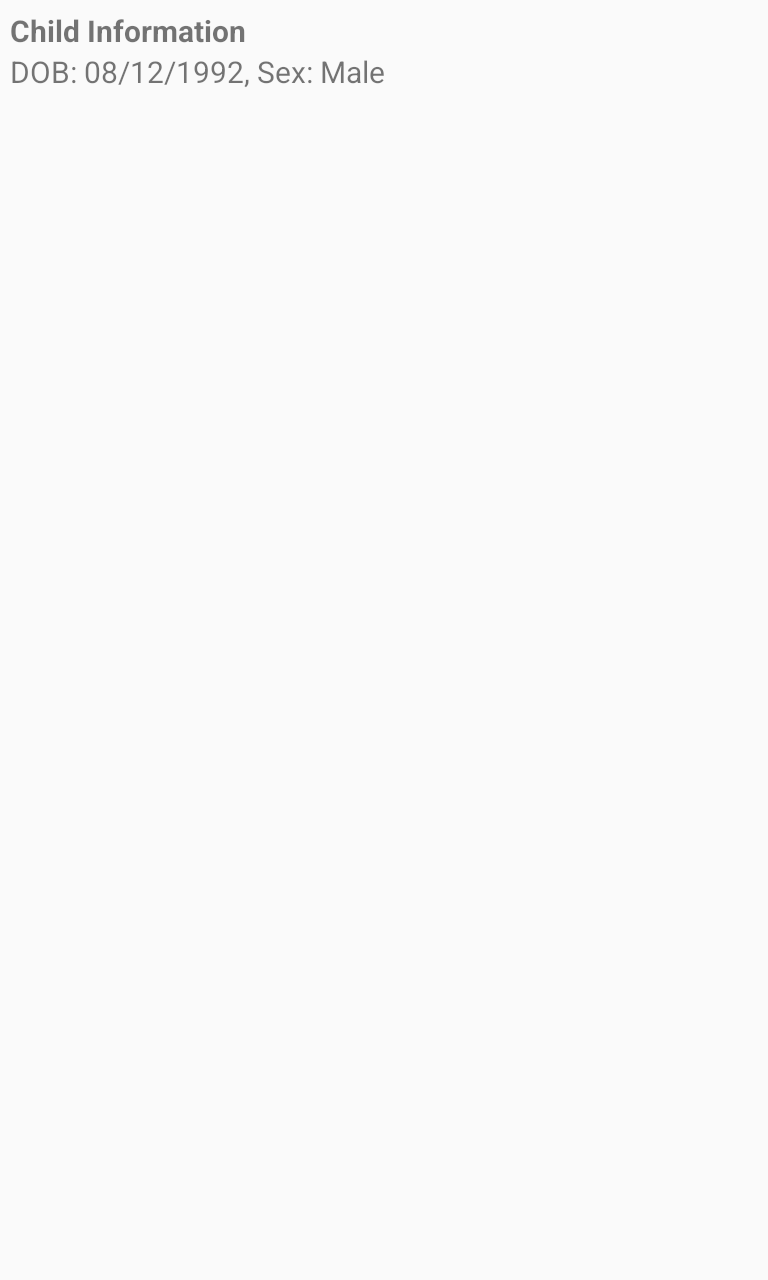
Repository: achavez812/GuatemalaProject2
Layout: GuateMedic-master/GuateMedic/res/layout/fragment_graph_left.xml
The author's editor kept a copy of each file at every save. The layout is drawn from the files as they stood at one save, then again after the next save.
It is drawn on a 768 x 1280 px phone screen (xhdpi) without system bars, with theme AppTheme; the app's code is not run.

Above is the layout before, as saved 2014-07-03 03:59:41.

After the next save:
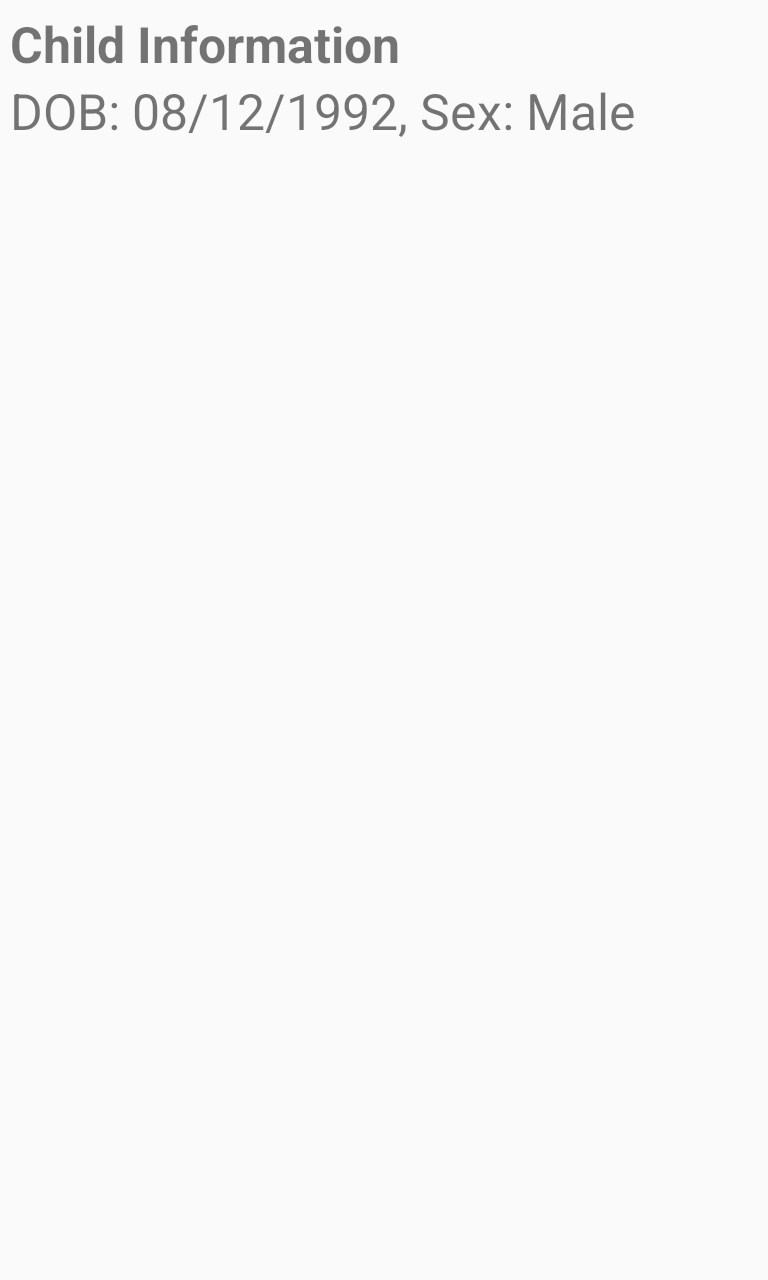
Saved 27 s later.
--- a/GuateMedic-master/GuateMedic/res/layout/fragment_graph_left.xml
+++ b/GuateMedic-master/GuateMedic/res/layout/fragment_graph_left.xml
@@ -11,7 +11,7 @@
         android:layout_width="wrap_content"
         android:layout_height="wrap_content"
         android:textStyle="bold"
-        android:textSize="15sp"
+        android:textSize="25sp"
         android:text="Child Information"
         />
 
@@ -19,7 +19,7 @@
         android:id="@+id/graph_information"
         android:layout_width="wrap_content"
         android:layout_height="wrap_content"
-        android:textSize="15sp"
+        android:textSize="25sp"
         android:text="DOB: 08/12/1992, Sex: Male"
         />
 
